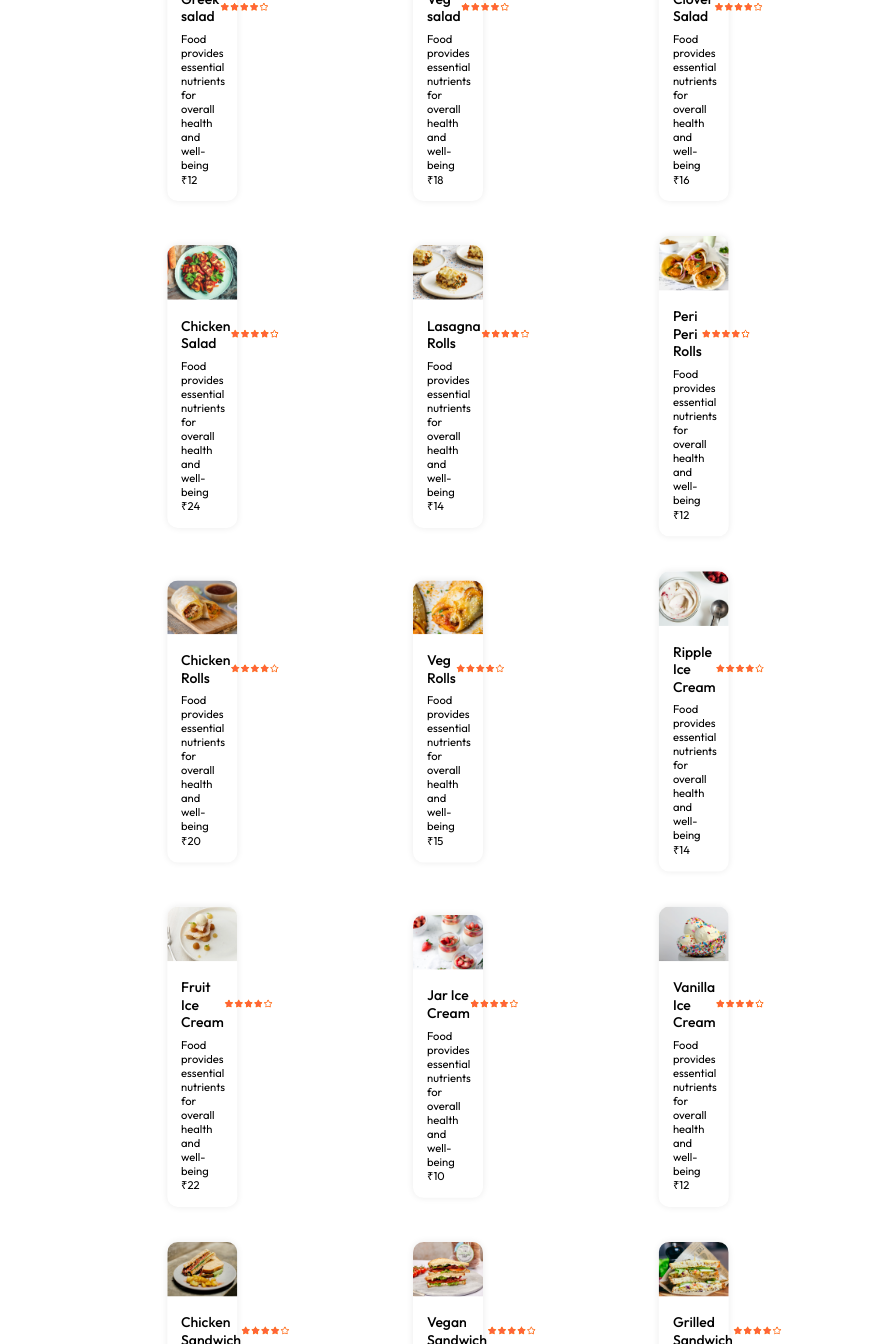
Repository: KartikChouhan03/food-delivery-app
Page: / (app in frontend/)
These files come from the project's save history. The page is drawn as it stood at one moment and after the next save; the edit follows.
The browser window is 1280 px wide. The pictures show the part of the page from y = 1143 to 3063 px (the page is 6068 px tall before and 6376 px after), at 70% of full size.
Some web fonts or font styles are not loaded; a fallback is used. The project was rebuilt for these pictures with package versions that can differ from the ones it lists, and the page was loaded fresh each time. Also part of the build but not shown: frontend/vite.config.js, frontend/src/pages/Cart/Cart.css, frontend/src/pages/Cart/Cart.jsx, frontend/src/pages/PlaceOrder/PlaceOrder.css, frontend/src/pages/PlaceOrder/PlaceOrder.jsx.

Above is the page before, as saved 2025-08-16 00:21:38.

### frontend/index.html
<!doctype html>
<html lang="en">
  <head>
    <meta charset="UTF-8" />
    <link rel="icon" type="image/svg+xml" href="" />
    <meta name="viewport" content="width=device-width, initial-scale=1.0" />
    <title>Foodify</title>
  </head>
  <body>
    <div id="root"></div>
    <script type="module" src="/src/main.jsx"></script>
  </body>
</html>

### frontend/src/main.jsx
import { createRoot } from 'react-dom/client'
import './index.css'
import App from './App.jsx'
import { BrowserRouter} from 'react-router-dom'
import StoreContextProvider from './context/StoreContext.jsx'


createRoot(document.getElementById('root')).render(
  <BrowserRouter>
    <StoreContextProvider>
      <App />
    </StoreContextProvider>
  </BrowserRouter>


)

### frontend/src/index.css

@import url('https://fonts.googleapis.com/css2?family=Montserrat:ital,wght@0,100..900;1,100..900&family=Outfit:wght@100..900&family=Playfair+Display:ital,wght@0,400..900;1,400..900&display=swap');


*{
  padding: 0;
  margin: 0;
  box-sizing: border-box;
  font-family: Outfit;
}

body{
  min-height: 100vh;
}

a{
  text-decoration: none;
  color: inherit;
}

.app{
  width: 80%;
  margin: auto;
}

@keyframes fadeIn{
  0%{
    opacity: 0;
  }
  100%{
    opacity: 1;
  }
}

### frontend/src/App.jsx
import React from 'react'
import Navbar from './components/Navbar/Navbar'
import { Route, Routes } from 'react-router-dom'
import Home from './pages/Home/Home'
import Cart from './pages/Cart/Cart'
import PlaceOrder from './pages/PlaceOrder/PlaceOrder'


const App = () => {
  return (
    <div className='app'>
      <Navbar/>
      <Routes>
        <Route path="/" element={<Home />} />
        <Route path="/cart" element={<Cart />} />
        <Route path="/order" element={<PlaceOrder/>} />
      </Routes>
    </div>
  )
}

export default App

### frontend/src/context/StoreContext.jsx
import { createContext } from "react";
import { food_list } from "../assets/assets";


export const StoreContext = createContext(null)

const StoreContextProvider = (props) =>{


    const contextValue = {
        food_list
    }



    return (
        <StoreContext.Provider value ={contextValue}>
            {props.children}
        </StoreContext.Provider>
    )

}

export default StoreContextProvider;

### frontend/src/components/Navbar/Navbar.jsx
import React, { useState } from 'react'
import './Navbar.css'
import {assets} from '../../assets/assets.js'


const Navbar = () => {

  const [menu,setMenu] = useState("home");


  return (
    <div className='navbar'>
      <img className='logo' src={assets.logo} alt="" />
      <ul className='navbar-menu'>
        <li onClick={()=>setMenu("home")} className={menu==="home"?"active":""}>home</li>
        <li onClick={()=>setMenu("menu")} className={menu==="menu"?"active":""}>menu</li>
        <li onClick={()=>setMenu("mobile-app")} className={menu==="mobile-app"?"active":""}>mobile-app</li>
        <li onClick={()=>setMenu("contact-us")} className={menu==="contact-us"?"active":""}>contact us</li>
      </ul>
      <div className="navbar-right">
        <img src={assets.search_icon} alt="" />
        <div className='navbar-search-icon'>
          <img src={assets.basket_icon} alt="" />
          <div className='dot'></div>
        </div>
        <button>Sign in</button>
      </div>
    </div>
  )
}

export default Navbar

### frontend/src/pages/Home/Home.jsx
import React, { useState } from 'react'
import './Home.css'
import Header from '../../components/Header/Header'
import ExploreMenu from '../../components/ExploreMenu/ExploreMenu'
import FoodDisplay from '../../components/FoodDisplay/FoodDisplay'

const Home = () => {

    const [category,setCategory] = useState("All");

  return (
    <div>
      <Header/>
      <ExploreMenu category={category} setCategory={setCategory} />
      <FoodDisplay category={category}/>
    </div>
  )
}

export default Home

### frontend/src/assets/assets.js
import basket_icon from './basket_icon.png'
import logo from './logo.png'
import header_img from './header_img.png'
import search_icon from './search_icon.png'
import menu_1 from './menu_1.png'
import menu_2 from './menu_2.png'
import menu_3 from './menu_3.png'
import menu_4 from './menu_4.png'
import menu_5 from './menu_5.png'
import menu_6 from './menu_6.png'
import menu_7 from './menu_7.png'
import menu_8 from './menu_8.png'

import food_1 from './food_1.png'
import food_2 from './food_2.png'
import food_3 from './food_3.png'
import food_4 from './food_4.png'
import food_5 from './food_5.png'
import food_6 from './food_6.png'
import food_7 from './food_7.png'
import food_8 from './food_8.png'
import food_9 from './food_9.png'
import food_10 from './food_10.png'
import food_11 from './food_11.png'
import food_12 from './food_12.png'
import food_13 from './food_13.png'
import food_14 from './food_14.png'
import food_15 from './food_15.png'
import food_16 from './food_16.png'
import food_17 from './food_17.png'
import food_18 from './food_18.png'
import food_19 from './food_19.png'
import food_20 from './food_20.png'
import food_21 from './food_21.png'
import food_22 from './food_22.png'
import food_23 from './food_23.png'
import food_24 from './food_24.png'
import food_25 from './food_25.png'
import food_26 from './food_26.png'
import food_27 from './food_27.png'
import food_28 from './food_28.png'
import food_29 from './food_29.png'
import food_30 from './food_30.png'
import food_31 from './food_31.png'
import food_32 from './food_32.png'

import add_icon_white from './add_icon_white.png'
import add_icon_green from './add_icon_green.png'
import remove_icon_red from './remove_icon_red.png'
import app_store from './app_store.png'
import play_store from './play_store.png'
import linkedin_icon from './linkedin_icon.png'
import facebook_icon from './facebook_icon.png'
import twitter_icon from './twitter_icon.png'
import cross_icon from './cross_icon.png'
import selector_icon from './selector_icon.png'
import rating_starts from './rating_starts.png'
import profile_icon from './profile_icon.png'
import bag_icon from './bag_icon.png'
import logout_icon from './logout_icon.png'
import parcel_icon from './parcel_icon.png'

export const assets = {
    logo,
    basket_icon,
    header_img,
    search_icon,
    rating_starts,
    add_icon_green,
    add_icon_white,
    remove_icon_red,
    app_store,
    play_store,
    linkedin_icon,
    facebook_icon,
    twitter_icon,
    cross_icon,
    selector_icon,
    profile_icon,
    logout_icon,
    bag_icon,
    parcel_icon
}

export const menu_list = [
    {
        menu_name: "Salad",
        menu_image: menu_1
    },
    {
        menu_name: "Rolls",
        menu_image: menu_2
    },
    {
        menu_name: "Deserts",
        menu_image: menu_3
    },
    {
        menu_name: "Sandwich",
        menu_image: menu_4
    },
    {
        menu_name: "Cake",
        menu_image: menu_5
    },
    {
        menu_name: "Pure Veg",
        menu_image: menu_6
    },
    {
        menu_name: "Pasta",
        menu_image: menu_7
    },
    {
        menu_name: "Noodles",
        menu_image: menu_8
    }]

export const food_list = [
    {
        _id: "1",
        name: "Greek salad",
        image: food_1,
        price: 12,
        description: "Food provides essential nutrients for overall health and well-being",
        category: "Salad"
    },
    {
        _id: "2",
        name: "Veg salad",
        image: food_2,
        price: 18,
        description: "Food provides essential nutrients for overall health and well-being",
        category: "Salad"
    }, {
        _id: "3",
        name: "Clover Salad",
        image: food_3,
        price: 16,
        description: "Food provides essential nutrients for overall health and well-being",
        category: "Salad"
    }, {
        _id: "4",
        name: "Chicken Salad",
        image: food_4,
        price: 24,
        description: "Food provides essential nutrients for overall health and well-being",
        category: "Salad"
    }, {
        _id: "5",
        name: "Lasagna Rolls",
        image: food_5,
        price: 14,
        description: "Food provides essential nutrients for overall health and well-being",
        category: "Rolls"
    }, {
        _id: "6",
        name: "Peri Peri Rolls",
        image: food_6,
        price: 12,
        description: "Food provides essential nutrients for overall health and well-being",
        category: "Rolls"
    }, {
        _id: "7",
        name: "Chicken Rolls",
        image: food_7,
        price: 20,
        description: "Food provides essential nutrients for overall health and well-being",
        category: "Rolls"
    }, {
        _id: "8",
        name: "Veg Rolls",
        image: food_8,
        price: 15,
        description: "Food provides essential nutrients for overall health and well-being",
        category: "Rolls"
    }, {
        _id: "9",
        name: "Ripple Ice Cream",
        image: food_9,
        price: 14,
        description: "Food provides essential nutrients for overall health and well-being",
        category: "Deserts"
    }, {
        _id: "10",
        name: "Fruit Ice Cream",
        image: food_10,
        price: 22,
        description: "Food provides essential nutrients for overall health and well-being",
        category: "Deserts"
    }, {
        _id: "11",
        name: "Jar Ice Cream",
        image: food_11,
        price: 10,
        description: "Food provides essential nutrients for overall health and well-being",
        category: "Deserts"
    }, {
        _id: "12",
        name: "Vanilla Ice Cream",
        image: food_12,
        price: 12,
        description: "Food provides essential nutrients for overall health and well-being",
        category: "Deserts"
    },
    {
        _id: "13",
        name: "Chicken Sandwich",
        image: food_13,
        price: 12,
        description: "Food provides essential nutrients for overall health and well-being",
        category: "Sandwich"
    },
    {
        _id: "14",
        name: "Vegan Sandwich",
        image: food_14,
        price: 18,
        description: "Food provides essential nutrients for overall health and well-being",
        category: "Sandwich"
    }, {
        _id: "15",
        name: "Grilled Sandwich",
        image: food_15,
        price: 16,
        description: "Food provides essential nutrients for overall health and well-being",
        category: "Sandwich"
    }, {
        _id: "16",
        name: "Bread Sandwich",
        image: food_16,
        price: 24,
        description: "Food provides essential nutrients for overall health and well-being",
        category: "Sandwich"
    }, {
        _id: "17",
        name: "Cup Cake",
        image: food_17,
        price: 14,
        description: "Food provides essential nutrients for overall health and well-being",
        category: "Cake"
    }, {
        _id: "18",
        name: "Vegan Cake",
        image: food_18,
        price: 12,
        description: "Food provides essential nutrients for overall health and well-being",
        category: "Cake"
    }, {
        _id: "19",
        name: "Butterscotch Cake",
        image: food_19,
        price: 20,
        description: "Food provides essential nutrients for overall health and well-being",
        category: "Cake"
    }, {
        _id: "20",
        name: "Sliced Cake",
        image: food_20,
        price: 15,
        description: "Food provides essential nutrients for overall health and well-being",
        category: "Cake"
    }, {
        _id: "21",
        name: "Garlic Mushroom ",
        image: food_21,
        price: 14,
        description: "Food provides essential nutrients for overall health and well-being",
        category: "Pure Veg"
    }, {
        _id: "22",
        name: "Fried Cauliflower",
        image: food_22,
        price: 22,
        description: "Food provides essential nutrients for overall health and well-being",
        category: "Pure Veg"
    }, {
        _id: "23",
        name: "Mix Veg Pulao",
        image: food_23,
        price: 10,
        description: "Food provides essential nutrients for overall health and well-being",
        category: "Pure Veg"
    }, {
        _id: "24",
        name: "Rice Zucchini",
        image: food_24,
        price: 12,
        description: "Food provides essential nutrients for overall health and well-being",
        category: "Pure Veg"
    },
    {
        _id: "25",
        name: "Cheese Pasta",
        image: food_25,
        price: 12,
        description: "Food provides essential nutrients for overall health and well-being",
        category: "Pasta"
    },
    {
        _id: "26",
        name: "Tomato Pasta",
        image: food_26,
        price: 18,
        description: "Food provides essential nutrients for overall health and well-being",
        category: "Pasta"
    }, {
        _id: "27",
        name: "Creamy Pasta",
        image: food_27,
        price: 16,
        description: "Food provides essential nutrients for overall health and well-being",
        category: "Pasta"
    }, {
        _id: "28",
        name: "Chicken Pasta",
        image: food_28,
        price: 24,
        description: "Food provides essential nutrients for overall health and well-being",
        category: "Pasta"
    }, {
        _id: "29",
        name: "Buttter Noodles",
        image: food_29,
        price: 14,
        description: "Food provides essential nutrients for overall health and well-being",
        category: "Noodles"
    }, {
        _id: "30",
        name: "Veg Noodles",
        image: food_30,
        price: 12,
        description: "Food provides essential nutrients for overall health and well-being",
        category: "Noodles"
    }, {
        _id: "31",
        name: "Somen Noodles",
        image: food_31,
        price: 20,
        description: "Food provides essential nutrients for overall health and well-being",
        category: "Noodles"
    }, {
        _id: "32",
        name: "Cooked Noodles",
        image: food_32,
        price: 15,
        description: "Food provides essential nutrients for overall health and well-being",
        category: "Noodles"
    }
]

### frontend/src/components/Navbar/Navbar.css
.navbar{
    padding: 20px 0px;
    display: flex;
    justify-content: space-between;
    align-items: center;
}

.navbar .logo{
    width: 150px;
}

.navbar-menu{
    display: flex;
    list-style: none;
    gap: 20px;
    color: #49557e;
    font-size: 18px;
}

.navbar-right{
    display: flex;
    align-items: center;
    gap: 40px;
}

.navbar button{
    background: transparent;
    font-size: 16px;
    color: #49557e;
    border: 1px solid tomato;
    padding: 10px 30px;
    border-radius: 50px;
    cursor: pointer;
    transition: 0.4s;
}

.navbar button:hover{
    background-color: #fff4f2;
}

.navbar .active{
    padding-bottom: 2px;
    border-bottom: 2px solid #49557e;
}

.navbar li{
    cursor: pointer;
}

.navbar-search-icon {
    position: relative;
}

.navbar-search-icon .dot{
    position: absolute;
    min-width: 10px;
    min-height: 10px;
    background-color: tomato;
    border-radius:5px ;
    top: -8px;
    right: -8px;
}

### frontend/src/components/Header/Header.jsx
import React from 'react'
import './Header.css'

const Header = () => {
  return (
    <div className='header'>
      <div className="header-contents">
        <h2>Order your favourite food here</h2>
        <p>Choose from a diverse menu featuring a delectable array of dishes crafted with the finest ingredients and culinary expertise. Our mission is to statisfy your craving and elevate your dining experience, one delicious meal at a time.</p>
        <button>View Menu</button>
      </div>
    </div>
  )
}

export default Header

### frontend/src/components/ExploreMenu/ExploreMenu.jsx
import React from 'react'
import './ExploreMenu.css'
import { menu_list } from '../../assets/assets.js'


const ExploreMenu = ({category,setCategory}) => {
  return (
    <div className='explore-menu' id='explore-menu'>
      <h1>Explore our menu</h1>
      <p className='explore-menu-text'>Choose from a diverse menu featuring a delectable array of dishes crafted with the finest ingredients and culinary expertise. Our mission is to statisfy your craving and elevate your dining experience, one delicious meal at a time. </p>
      <div className='explore-menu-list'>
        {menu_list.map((item, index)=>{
            return(
                <div onClick={()=>setCategory(prev=>prev===item.menu_name?"All":item.menu_name)} key={index} className="explore-menu-list-item">
                    <img className={category===item.menu_name?"active":""} src={item.menu_image} alt="" />
                    <p>{item.menu_name}</p>
                </div>
            )
        })}
      </div>
      <hr />
    </div>
  )
}

export default ExploreMenu

### frontend/src/components/FoodDisplay/FoodDisplay.jsx
import React, { useContext } from 'react'
import './FoodDisplay.css'
import { StoreContext } from '../../context/StoreContext'
import FoodItem from '../FoodItem/FoodItem'


const FoodDisplay = (category) => {

    const {food_list} = useContext(StoreContext)

  return (
    <div className='food-display' id='food-display'>
       <h2>Top dishes near you</h2>
       <div className="food-display-list">
        {food_list.map((item,index)=>{
            return <FoodItem key={index} id={item.id} name={item.name} description={item.description} price= {item.price} image={item.image}/>
        })}
       </div>
    </div>
  )
}

export default FoodDisplay

### frontend/src/components/Header/Header.css
.header{
    height: 34vw;
    margin: 30px auto;
    background:url('./header_img.png') no-repeat ;
    background-size: contain;
    position: relative;
}

.header-contents{
    position: absolute;
    display: flex;
    flex-direction: column;
    align-items: start;
    gap: 1.5vw;
    max-width: 50%;
    bottom: 10%;
    left: 6vw;
    animation:fadeIn 3s;
}

.header-contents h2{
    font-weight: 500;
    color:white;
    font-size: max(4.5vw, 22px) ;

}

.header-contents p{
    color: white;
    font-size: 1vw;
}

.header-contents button{
    border: none;
    color: #747474;
    font-weight: 500;
    padding: 1vw 2.3vw;
    background-color: white;
    font-size: max(1vw,13px);
    border-radius:50px ;
}

### frontend/src/components/ExploreMenu/ExploreMenu.css
.explore-menu{
    display: flex;
    flex-direction: column ;
    gap: 20px;
}

.explore-menu h1{
    color: #262626;
    font-weight: 500;
}

.explore-menu-text{
    max-width: 60%;
    columns: #808080;
}

.explore-menu-list{
    display: flex;
    justify-content: space-between;
    align-items: center;
    gap: 30px;
    text-align: center;
    margin: 20px 0px;
    overflow: scroll;
}

.explore-menu-list::-webkit-scrollbar{
    display: none;
}

.explore-menu-list-item img{
    width: 7.5vw;
    min-width: 80px;
    cursor: pointer;
    border-radius: 50%;
    transition: 0.3s;
}

.explore-menu-list-item p {
    margin-top: 10px;
    color: #747474;
    font-size: max(1.4vw,16px);
    cursor: pointer;
}

.explore-menu hr{
    margin: 10px 0px;
    height: 2px;
    background-color: #e2e2e2;
    border: none;
}

.explore-menu-list-item .active{
    border: 4px solid tomato;
    padding: 32;
}

### frontend/src/components/FoodDisplay/FoodDisplay.css
.food-display{
    margin-top: 30px;
}

.food-display h2{
    font-size: max(2vw,24px);
    font-weight: 600;
}

.food-display-list{
    display: grid;
    grid-template-columns: repeat(auto-fill,minmax(240px,1fr));
    margin-top: 30px;
    gap:30px;
    row-gap: 50px;
}

### frontend/src/components/FoodItem/FoodItem.jsx
import React from 'react'
import './FoodItem.css'
import { assets } from '../../assets/assets'

const FoodItem = ({id, name, price, description, image}) => {
  return (
    <div className='food-item'>
      <div className="food-item-img-container">
        <img className="food-item-image" src={image} alt={name} />
      </div>
      <div className="food-item-info">
        <div className="food-item-name-rating">
            <p>{name}</p>
            <img src={assets.rating_starts} alt="rating" />
        </div>
        <p className="food-item-desc">{description}</p>
        <p className="food-item-price">₹{price}</p>
      </div>
    </div>
  )
}

export default FoodItem

### frontend/src/components/FoodItem/FoodItem.css
.food-item{
    width: 100px;
    margin: auto;
    border-radius:15px ;
    box-shadow: 0px 0px 10px #00000015;
    transition: 0.3s;
    animation: fadeIn 1s;
}

.food-item-image{
    width: 100%;
    border-radius:15px 15px 0px 0px ;
}

.food-item-info{
    padding: 20px;
}

.food-item-name-rating{
    display: flex;
    justify-content: space-between;
    margin-bottom: 10px;
    align-items: center;
}

.food-item-name-rating p{
    font-size: 20px;
    font-weight: 500;
}

.food-item-name-rating img{
    width: 70px;
}

Loaded but not shown: frontend/src/pages/Home/Home.css (no stored copy; drawn as an empty file)

After the next save:
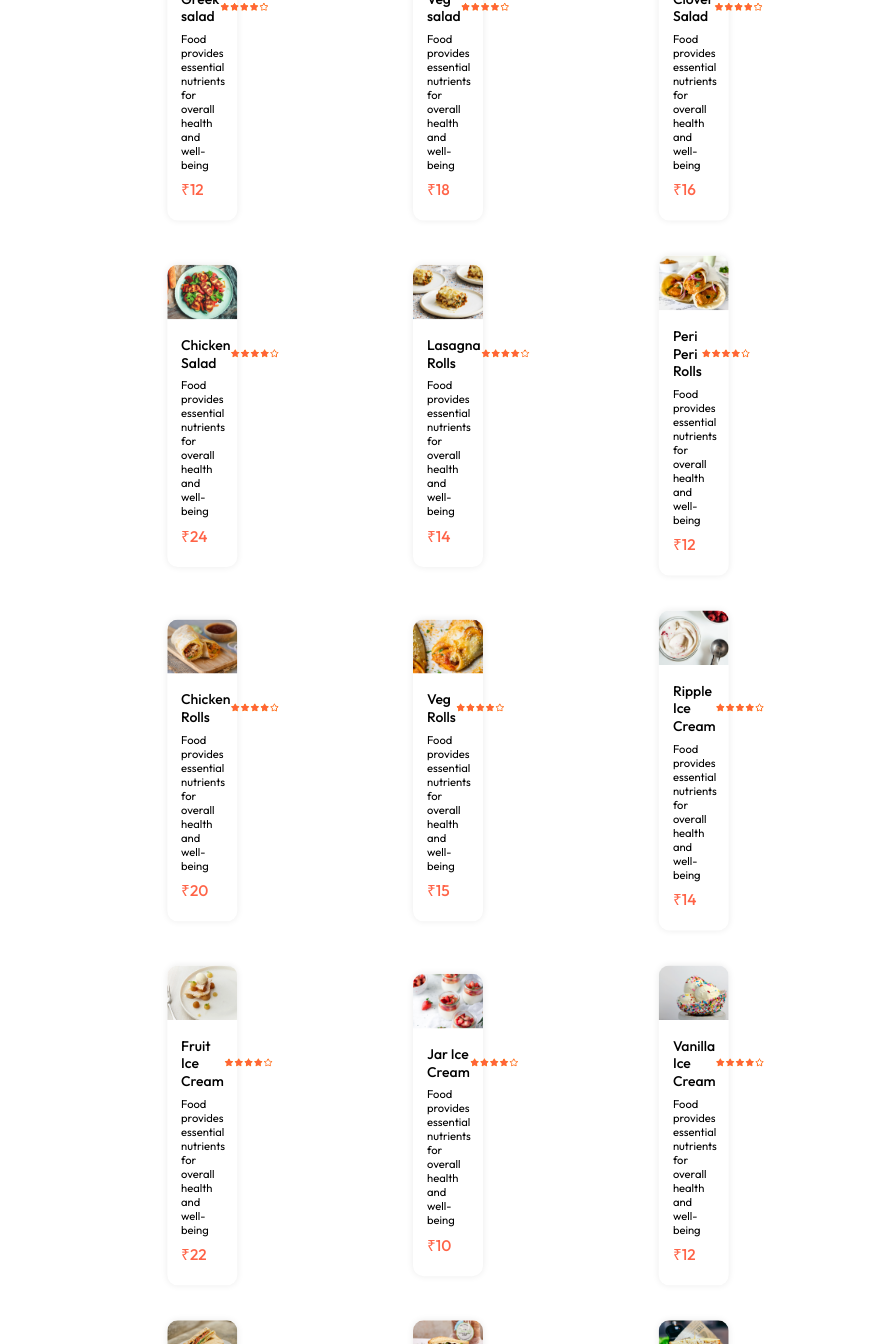
Saved 85 s later.
--- a/frontend/src/components/FoodItem/FoodItem.css
+++ b/frontend/src/components/FoodItem/FoodItem.css
@@ -31,3 +31,15 @@
 .food-item-name-rating img{
     width: 70px;
 }
+
+.food-item-description{
+    color: #676767;
+    font-size: 12px;
+}
+
+.food-item-price{
+    color: tomato;
+    font-size: 22px;
+    font-weight: 500;
+    margin: 10px 0px;
+}
